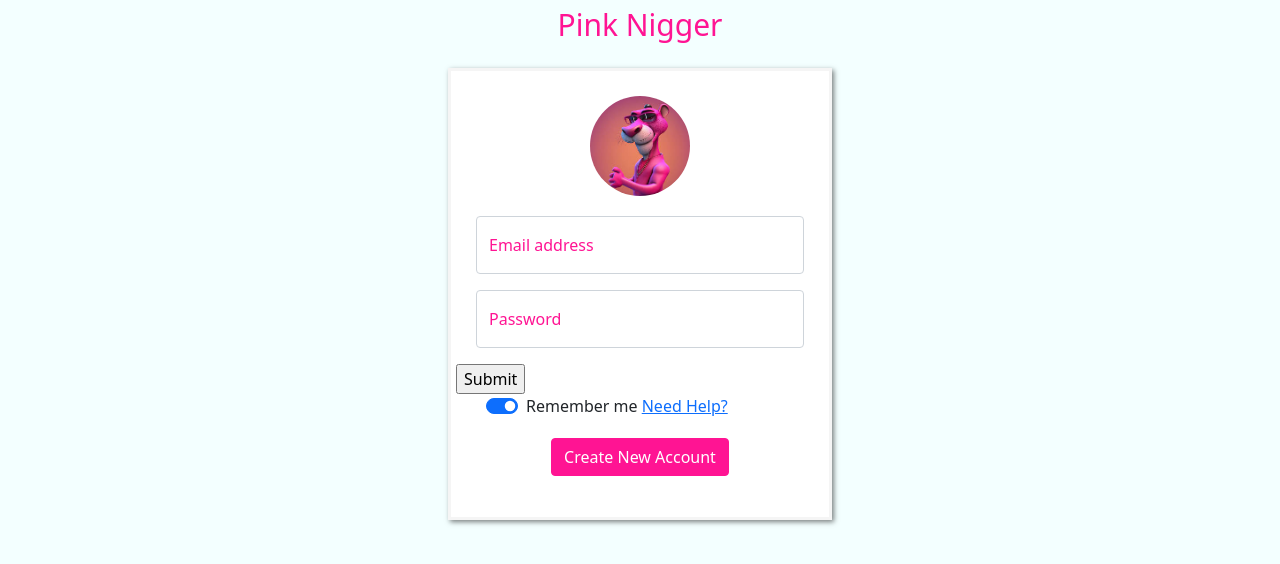
Repository: letscodeshivansh/MakeMyWork-MERN
Page: templates/Login.html
An editor plug-in stored every save of this project. The page is shown before and after the next save, followed by the edit.
The browser window is 1280 px wide. The pictures show the whole page.

Above is the page before, as saved 2024-05-31 01:28:14.

### templates/Login.html
<!doctype html>
<html lang="en">
  <head>
    <meta charset="utf-8">
    <meta name="viewport" content="width=device-width, initial-scale=1">

    <link href="https://cdn.jsdelivr.net/npm/bootstrap@5.0.2/dist/css/bootstrap.min.css" rel="stylesheet" integrity="sha384-EVSTQN3/azprG1Anm3QDgpJLIm9Nao0Yz1ztcQTwFspd3yD65VohhpuuCOmLASjC" crossorigin="anonymous">

    <link href="style2.css" rel="stylesheet">

    <title>Login Page</title>
  </head>
  <body>
    <div class="heading">
      <h1>Pink Nigger</h1>
    </div>

    <div>
      <form action="/login" method = "post">
        <div class="image">
          <img src="download.jpeg" alt = "LOGO">
        </div>
        <div class="form-floating mb-3">
          <input type="email" class="form-control" name="floatingInput" placeholder="name@example.com">
          <label for="floatingInput">Email address</label>
        </div>
        <div class="form-floating mb-3">
          <input type="password" class="form-control" name="floatingPassword" placeholder="Password">
          <label for="floatingPassword">Password</label>
        </div>
        <input type="submit">
        <div class="form-check form-switch ml-30">
          <input class="form-check-input" type="checkbox" id="flexSwitchCheckChecked" checked>
          <label class="form-check-label" for="flexSwitchCheckChecked">Remember me <a href="#">Need Help?</a></label>
        </div>
        <div class="submit mb-3 td mt-20">
            <button type="button" class="btn btn-primary"><a href="signup.html">Create New Account</a></button>
          </div>
      </form>
    </div>


    <!-- <div class="container-fluid">
      <div class="row">
        In BOOTSTRAP , We need to put columns in row to make inner HTML align and display properly . -->
        <!-- <div class="col-3">col 1</div>
        <div class="col-3">col 2</div>
        <div class="col-3">col 3</div>
        <div class="col-3">col 4</div>
      </div>
    </div> -->


    <script src="https://cdn.jsdelivr.net/npm/@popperjs/core@2.9.2/dist/umd/popper.min.js" integrity="sha384-IQsoLXl5PILFhosVNubq5LC7Qb9DXgDA9i+tQ8Zj3iwWAwPtgFTxbJ8NT4GN1R8p" crossorigin="anonymous"></script>
    <script src="https://cdn.jsdelivr.net/npm/bootstrap@5.0.2/dist/js/bootstrap.min.js" integrity="sha384-cVKIPhGWiC2Al4u+LWgxfKTRIcfu0JTxR+EQDz/bgldoEyl4H0zUF0QKbrJ0EcQF" crossorigin="anonymous"></script>
  </body>
</html>

### templates/style2.css
body{
    background-color: rgba(240, 255, 255, 0.784);
}
.heading{
    text-align: center;
    padding-top: 10px;
    padding-bottom: 20px;
}
.heading h1{
    line-height: 30px;
    font-size: 30px;
    color: deeppink;
}
form{
    background-color: white;
    padding: 25px 5px;
    margin: auto;
    max-width: 30%;
    border: 3px solid whitesmoke;
    box-shadow: 2px 2px 5px rgba(0,0,0,0.5);
}
.image{
    display: flex;
    justify-content: center;
    margin-bottom: 20px;
}
.image img{
    border-radius: 50%;
    width: 100px;
    height: 100px;
}
.form-floating{
    margin-left: 20px;
    margin-right: 20px;
    color: deeppink;
}
.container-fluid{
    height: 80px;
    margin-top: 30px;
    background-color: blue;
}
.row{
    background-color: rgb(255, 0, 0);
    height: 70px;
}
[class*="col-"]{/*This is a attribute which applies to all classes that starts with "col-" */
    background-color: rgb(0, 255, 0);
    height: 50px;
    text-align: center;
}
.submit{
    display: flex;
    justify-content: center;
}
.btn-primary{
    background-color: deeppink;
    border-color:deeppink;
}
.btn-primary:active{
    background-color: deeppink;
}
.btn-primary:hover{
    background-color: deeppink;
    box-shadow: 2px 2px 5px rgba(0,0,0,1);
}
.ml-30{
    margin-left: 30px;
}
.mt-20{
    margin-top: 20px;
}
.td button a{
    text-decoration: none;
    color: white;
}

After the next save:
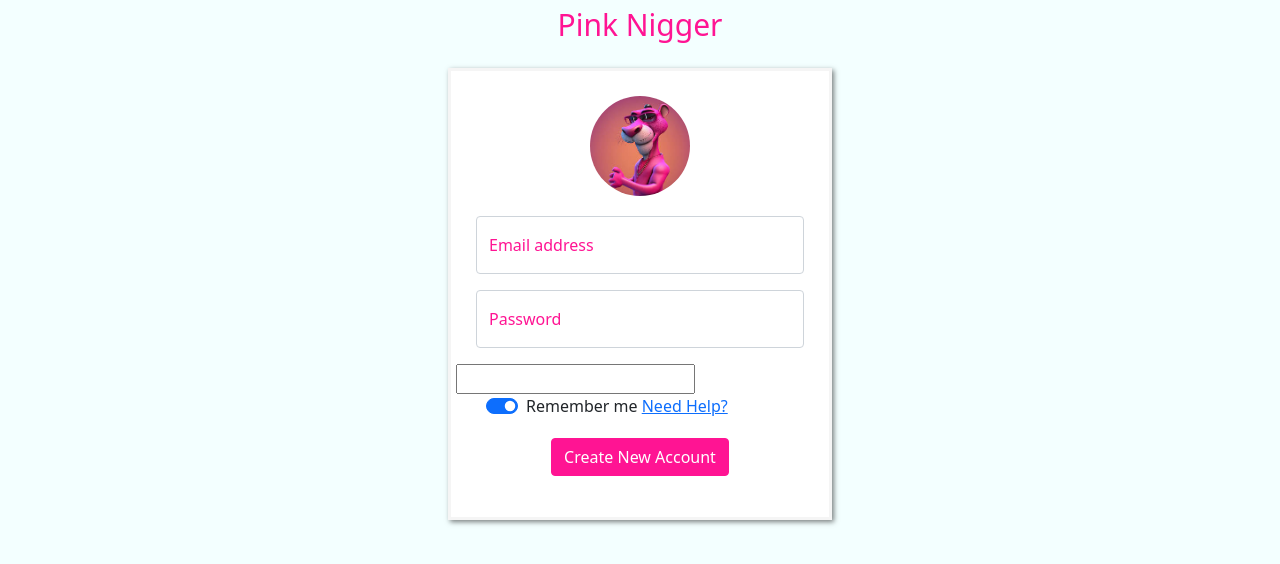
Saved 5 s later.
--- a/templates/Login.html
+++ b/templates/Login.html
@@ -28,7 +28,7 @@
           <input type="password" class="form-control" name="floatingPassword" placeholder="Password">
           <label for="floatingPassword">Password</label>
         </div>
-        <input type="submit">
+        <input type="login">
         <div class="form-check form-switch ml-30">
           <input class="form-check-input" type="checkbox" id="flexSwitchCheckChecked" checked>
           <label class="form-check-label" for="flexSwitchCheckChecked">Remember me <a href="#">Need Help?</a></label>
